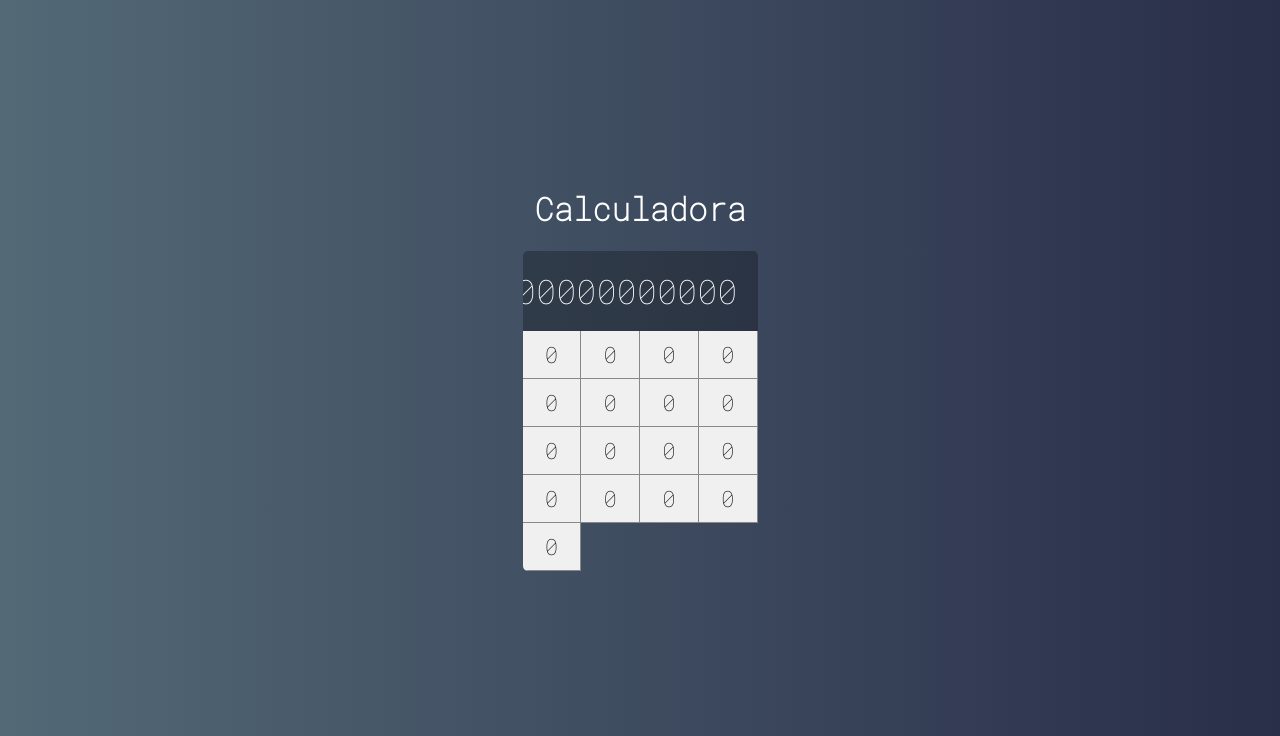
Repository: wellingtondevops/react-Calculator
Page: / (app in calculadora/)
These files come from the project's save history. The page is drawn as it stood at one moment and after the next save; the edit follows.
The browser window is 1280 px wide. The pictures show the whole page.
The project was rebuilt for these pictures with package versions that can differ from the ones it lists, and the page was loaded fresh each time.

Above is the page before, as saved 2020-05-07 14:42:06.

### calculadora/src/index.js
import React from 'react';
import ReactDOM from 'react-dom';
import './index.css';
import Calculator from './main/Calculator'
import * as serviceWorker from './serviceWorker';

ReactDOM.render(
  <div>
  <h1>Calculadora</h1>
  <Calculator />
  </div>,
  document.getElementById('root')
);

// If you want your app to work offline and load faster, you can change
// unregister() to register() below. Note this comes with some pitfalls.
// Learn more about service workers: https://bit.ly/CRA-PWA
serviceWorker.unregister();

### calculadora/src/index.css
@font-face {
  font-family: 'RobotoMono';
  src: url('./fonts/RobotoMono-Thin.ttf')
}

* {
  font-family: 'RobotoMOno', monospace;
}

body {
  display: flex;
  height: 100vh;
  justify-content: center;
  align-items: center;
  text-align: center;

  color: #fff;
  background: linear-gradient(to right, rgb(83, 105 , 118), rgb(41, 46, 73));


}

### calculadora/src/main/Calculator.jsx
import React, {Component} from 'react'
import './Calculator.css'
import Button from '../components/Button'
import Display from '../components/Display'

export default class Calculator extends Component {
    render() {
        return (
            <div className="calculator">
                <Display value={1000000000000} />
                <Button label="AC"/>
                <Button label="/" />
                <Button label="7" />
                <Button label="8" />
                <Button label="9" />
                <Button label="*" />
                <Button label="4" />
                <Button label="5" />
                <Button label="6" />
                <Button label="-" />
                <Button label="1" />
                <Button label="2" />
                <Button label="3" />
                <Button label="+" />
                <Button label="0" />
                <Button label="." />
                <Button label="=" />
            </div>
        )
    }
}

### calculadora/src/main/Calculator.css
.calculator {
    height: 320px;
    width: 235px;
    border-radius: 5px;
    overflow: hidden;
    display: grid;
    grid-template-columns: repeat(4,25%);
    grid-template-rows: 1fr 48px 48px 48px 48px 48px ;
}

### calculadora/src/components/Button.jsx
import React from 'react'
import './Button.css'


export default props =>
    <button className='button'>0</button>

### calculadora/src/components/Display.jsx
import React, {Component} from 'react'
import './Display.css'

export default props =>
<div className="display">{props.value}</div>

### calculadora/src/components/Button.css
:root {
    --bg-button: #f0f0f0;
    --border-button: solid 1px #888;

}

.button {
    font-size: 1.4em;
    background-color:  var(--bg-button);
    border: none;
    border-right: var(--border-button);
    border-bottom: var(--border-button)
}

Loaded but not shown: calculadora/public/index.html (common file); calculadora/src/serviceWorker.js (common file); calculadora/src/components/Display.css (common file)

After the next save:
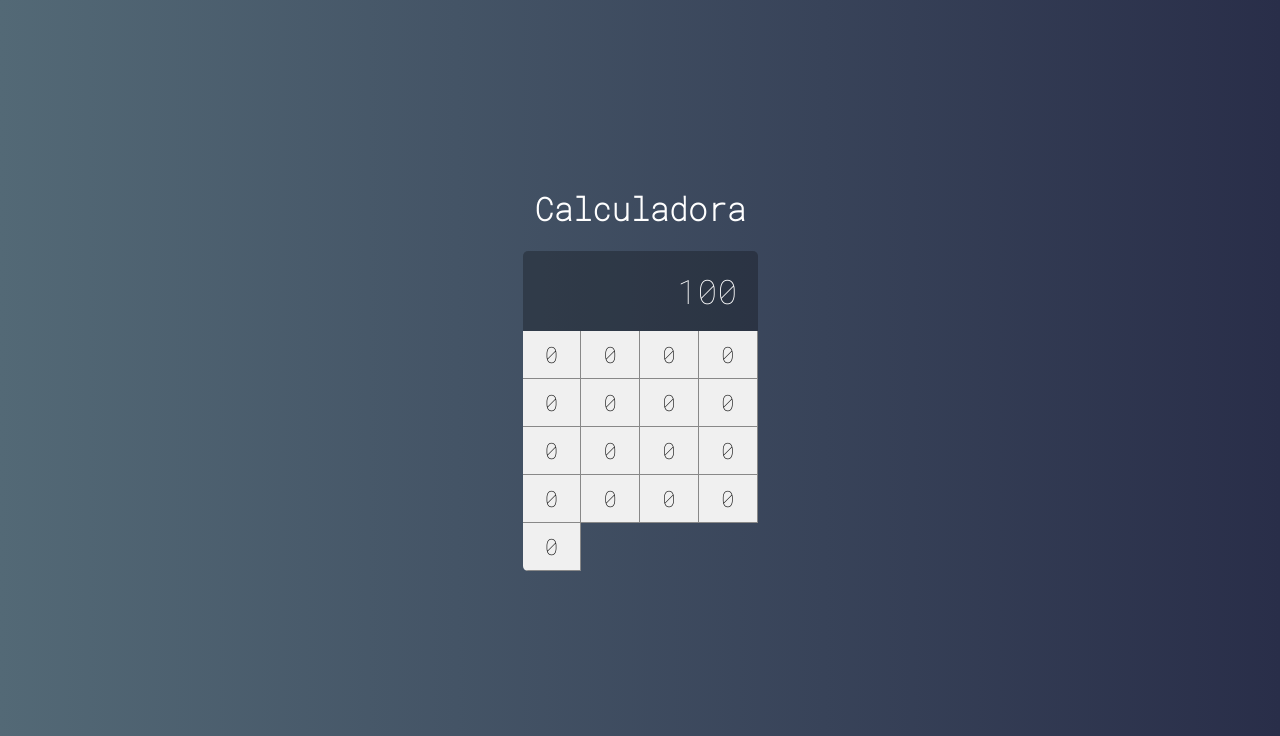
Saved 33 s later.
--- a/calculadora/src/main/Calculator.jsx
+++ b/calculadora/src/main/Calculator.jsx
@@ -7,7 +7,7 @@ export default class Calculator extends Component {
     render() {
         return (
             <div className="calculator">
-                <Display value={1000000000000} />
+                <Display value={100} />
                 <Button label="AC"/>
                 <Button label="/" />
                 <Button label="7" />
